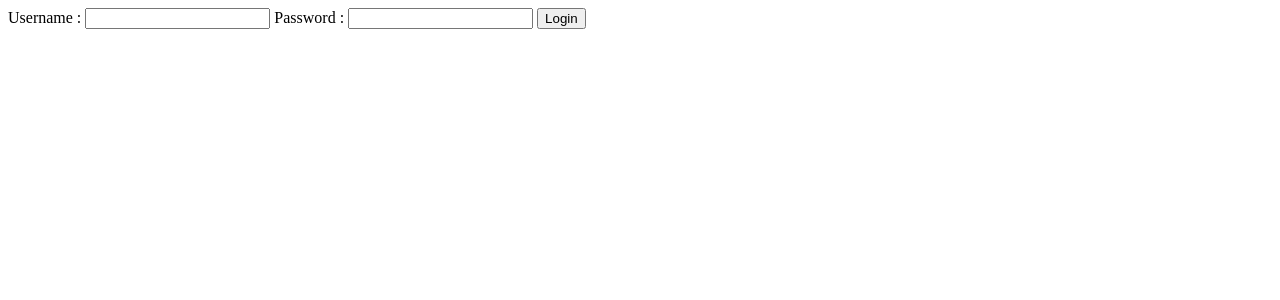
Repository: adityakansara1/JavaContent
Page: http://localhost/LoginLogout/login.jsp
These files come from the project's save history. The page is drawn as it stood at one moment and after the next save; the edit follows.
The browser window is 1280 px wide. The pictures show the whole page.
The page is served by Tomcat 9.

Above is the page before, as saved 2020-08-12 12:18:47.

After the next save:
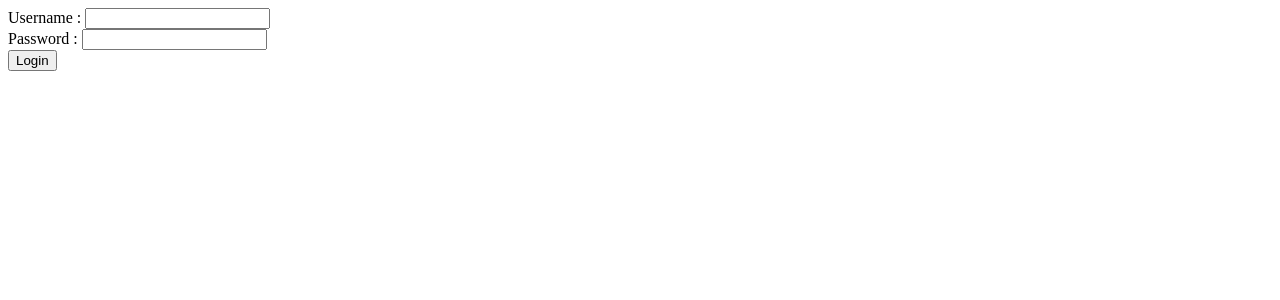
Saved 4 min 12 s later.
--- a/LoginLogout/WebContent/login.jsp
+++ b/LoginLogout/WebContent/login.jsp
@@ -8,8 +8,8 @@
 </head>
 <body>
 	<form action="login">
-		Username : <input type="text" name="username">
-		Password : <input type="password" name="password">
+		Username : <input type="text" name="username"><br>
+		Password : <input type="password" name="password"><br>
 		<input type="submit" value="Login">
 	</form>
 </body>
